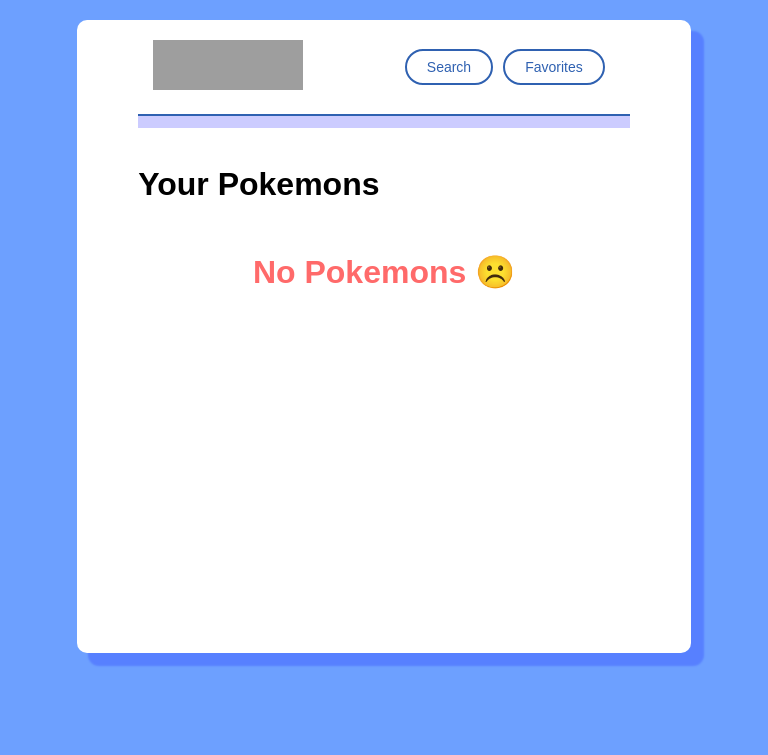
Repository: Rashiduulu/zeon-ithub-second-project
Page: FavoritePage/Favorite.html
An editor plug-in stored every save of this project. The page is shown before and after the next save, followed by the edit.
The browser window is 768 px wide. The pictures show the whole page.
Pictures or frames that could not be fetched are drawn as grey boxes.

Above is the page before, as saved 2022-11-16 15:13:23.

After the next save:
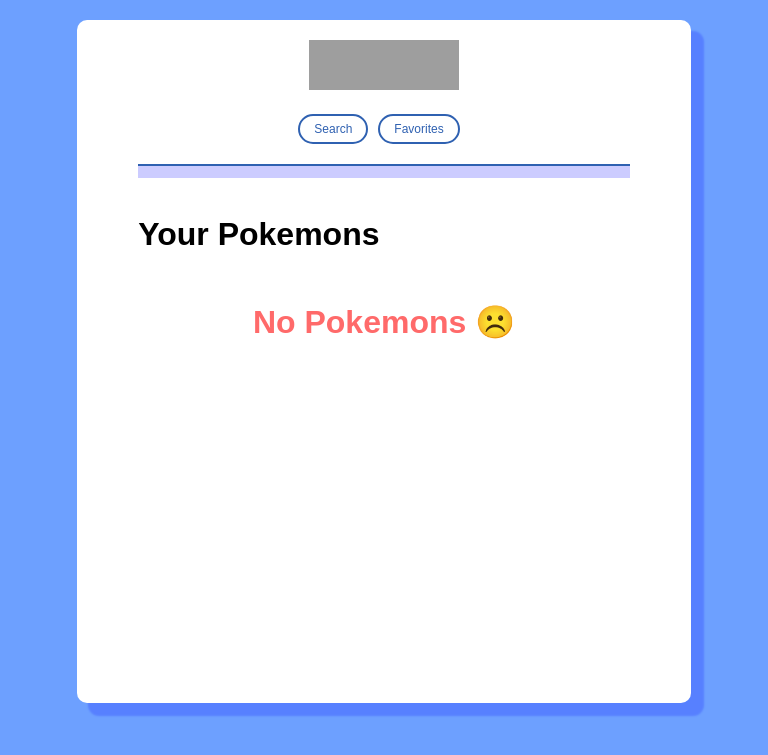
Saved 64 s later.
--- a/FavoritePage/style.css
+++ b/FavoritePage/style.css
@@ -177,3 +177,45 @@ a {
   height: 50vh;
   width: 100%;
 }
+
+
+@media screen and (max-width: 1380px) {
+  .card .left-side img {
+    width: 105px;
+    height: 90px;
+  }
+
+  .card .left-side img:hover {
+    width: 115px;
+    height: 100px;
+  }
+
+  #poke-card {
+    display: grid;
+    grid-template-columns: repeat(2, 1fr);
+  }
+}
+
+@media screen and (max-width: 890px) {
+  .nav {
+    color: rgb(47, 97, 177);
+    font-size: 12px;
+    padding: 6px 14px;
+    margin-right: 10px;
+  }
+  #poke-card {
+    display: grid;
+    grid-template-columns: repeat(1, 1fr);
+  }
+}
+
+@media screen and (max-width: 768px) {
+  .header {
+    flex-direction: column;
+    padding: 20px 15px;
+  }
+
+  .navbar {
+    margin-top: 20px;
+  }
+}
